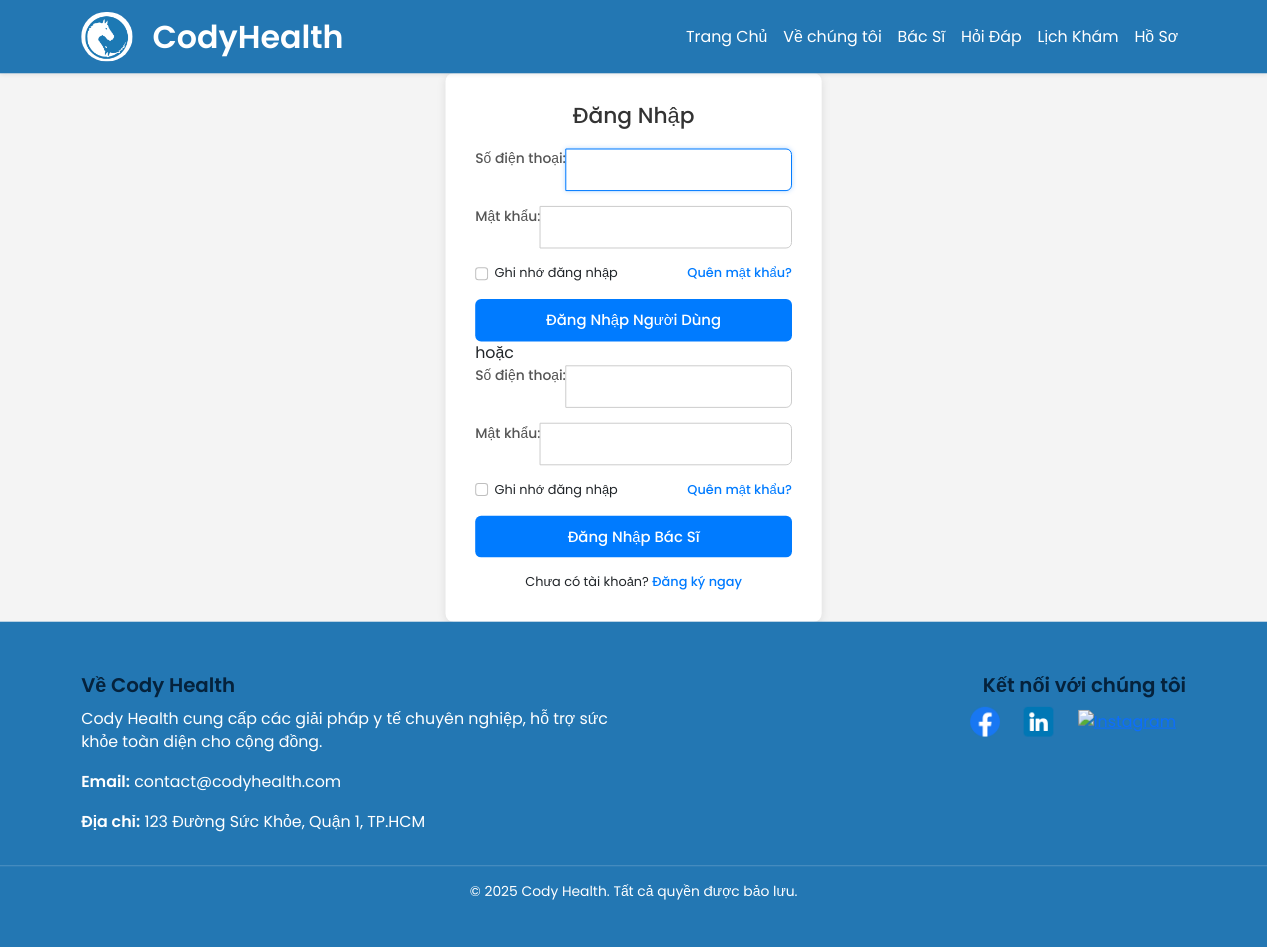
Repository: JonesKhaii/CodySocial
Page: http://localhost/login
The author's editor kept a copy of each file at every save. The page is drawn from the files as they stood at one save, then again after the next save.
The browser window is 1280 px wide. The pictures show the whole page, at 99% of full size.
The page is served by the project's Laravel application, run on PHP 8.4 with Laravel 12.

Above is the page before, as saved 2025-02-13 02:42:02.

After the next save:
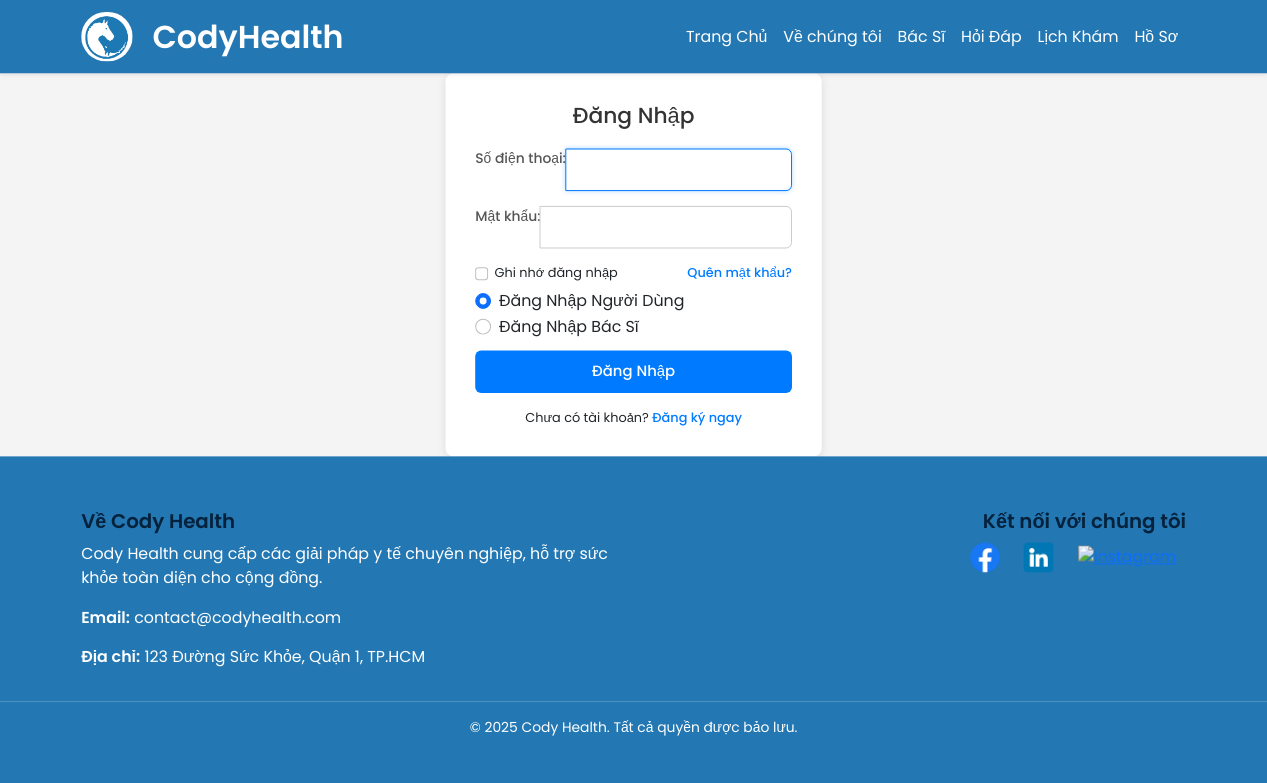
Saved 3 min 18 s later.
--- a/resources/views/auth/login.blade.php
+++ b/resources/views/auth/login.blade.php
@@ -19,7 +19,7 @@
             </div>
         @endif
 
-        <!-- Form Đăng Nhập Người Dùng -->
+        <!-- Form Đăng Nhập -->
         <form method="POST" action="{{ route('login') }}">
             @csrf
             <div class="input-group">
@@ -40,35 +40,17 @@
                 <a href="#">Quên mật khẩu?</a>
             </div>
 
-            <button type="submit" class="btn-login">Đăng Nhập Người Dùng</button>
-        </form>
-
-        <div class="separator">
-            <span>hoặc</span>
-        </div>
-
-        <!-- Form Đăng Nhập Bác Sĩ -->
-        <form method="POST" action="{{ route('login.doctor') }}">
-            @csrf
-            <div class="input-group">
-                <label for="phone">Số điện thoại:</label>
-                <input id="phone" type="text" name="phone" class="form-control" required>
+            <!-- Chọn loại tài khoản -->
+            <div class="form-check">
+                <input type="radio" name="role" id="role_user" value="user" class="form-check-input" checked>
+                <label for="role_user" class="form-check-label">Đăng Nhập Người Dùng</label>
+            </div>
+            <div class="form-check">
+                <input type="radio" name="role" id="role_doctor" value="doctor" class="form-check-input">
+                <label for="role_doctor" class="form-check-label">Đăng Nhập Bác Sĩ</label>
             </div>
 
-            <div class="input-group">
-                <label for="password">Mật khẩu:</label>
-                <input id="password" type="password" name="password" class="form-control" required>
-            </div>
-
-            <div class="remember-forgot">
-                <div class="form-check">
-                    <input type="checkbox" name="remember" id="remember" class="form-check-input">
-                    <label for="remember" class="form-check-label">Ghi nhớ đăng nhập</label>
-                </div>
-                <a href="#">Quên mật khẩu?</a>
-            </div>
-
-            <button type="submit" class="btn-login">Đăng Nhập Bác Sĩ</button>
+            <button type="submit" class="btn-login">Đăng Nhập</button>
         </form>
 
         <div class="footer-text">
